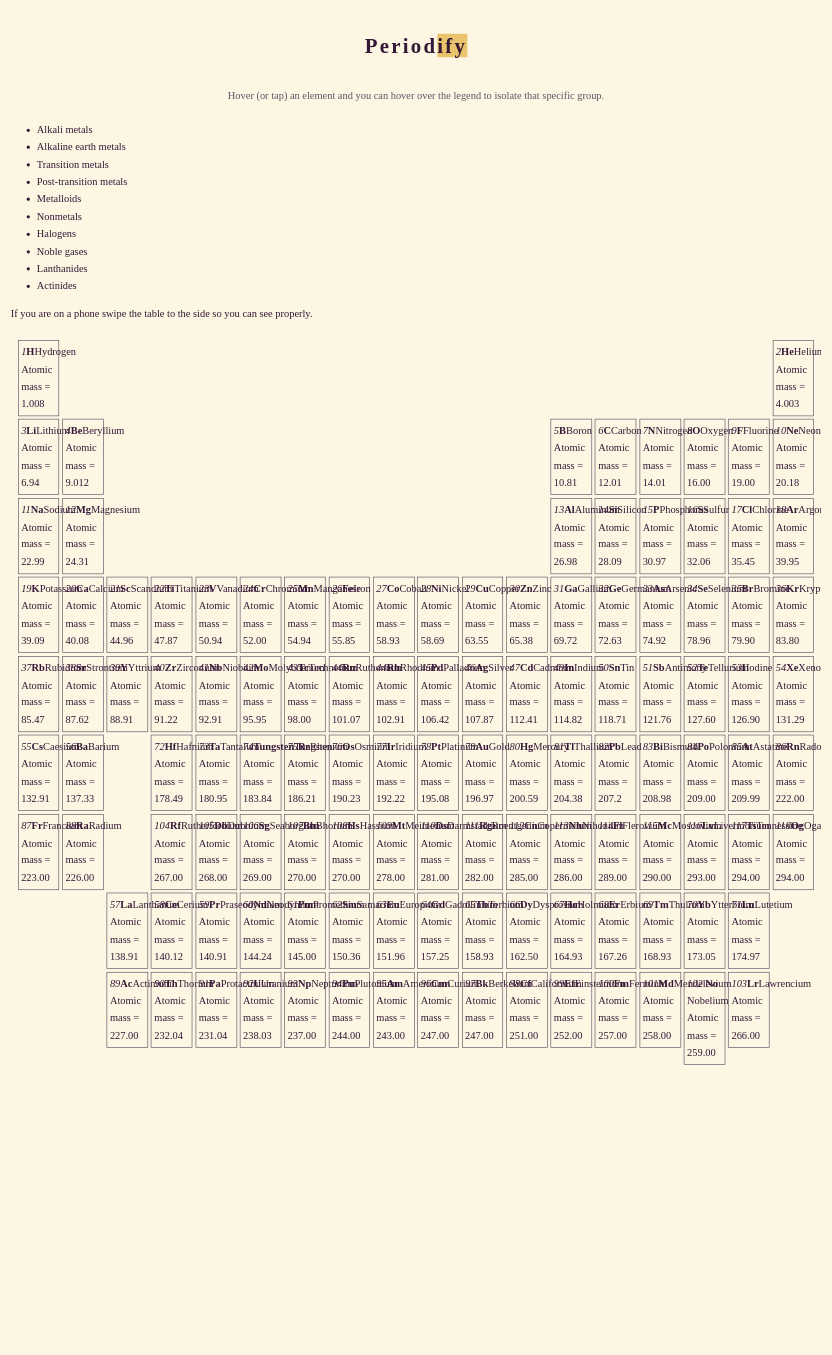
Repository: manayparikh1/Periodify
Page: index.html
The author's editor kept a copy of each file at every save. The page is drawn from the files as they stood at one save, then again after the next save.
The browser window is 1280 px wide. The pictures show the whole page, at 65% of full size.

Above is the page before, as saved 2026-10-19 14:54:05.

After the next save:
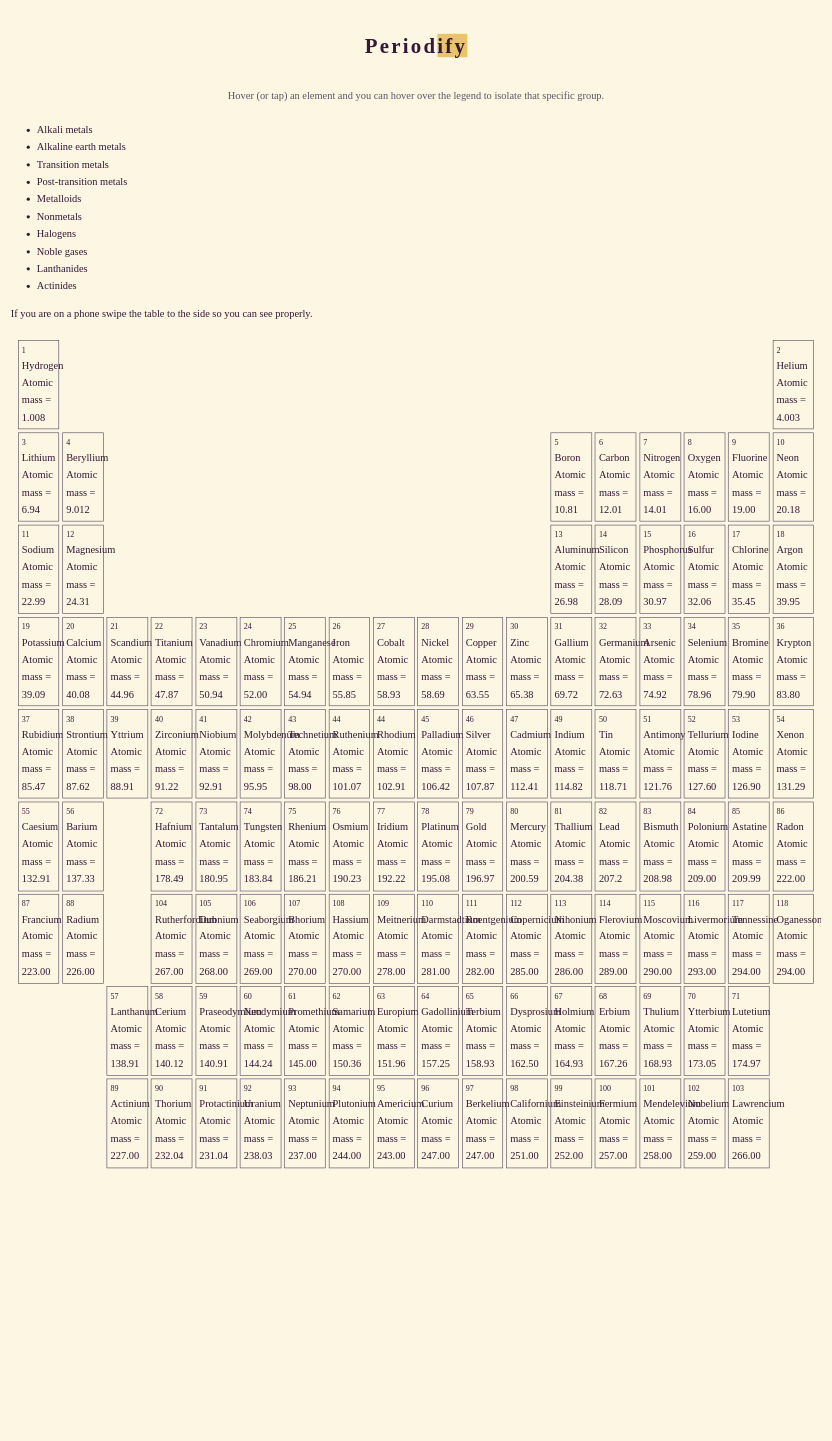
Saved 7 min 9 s later.
--- a/index.html
+++ b/index.html
@@ -254,5 +254,27 @@
             position: relative;
             aspect-ratio: 1/1;
             border: 1.4px solid var(--main);
-            padding: 4px;
-        }
+            padding: 4px 5px;
+            /*basically each elements box size*/
+            cursor: pointer;
+        }
+
+        .el i {
+            font-style: normal;
+            font-size: 0.77rem;
+            display: block;
+        }
+
+        .el b {
+            display: block;
+            font-size: 1.234rem;
+            text-align: center;
+            line-height: 1.20;
+
+            /* thing willl basically stay hidden unless u hover or tap a title*/
+
+            .el span {}
+
+            display:none;
+
+        }
